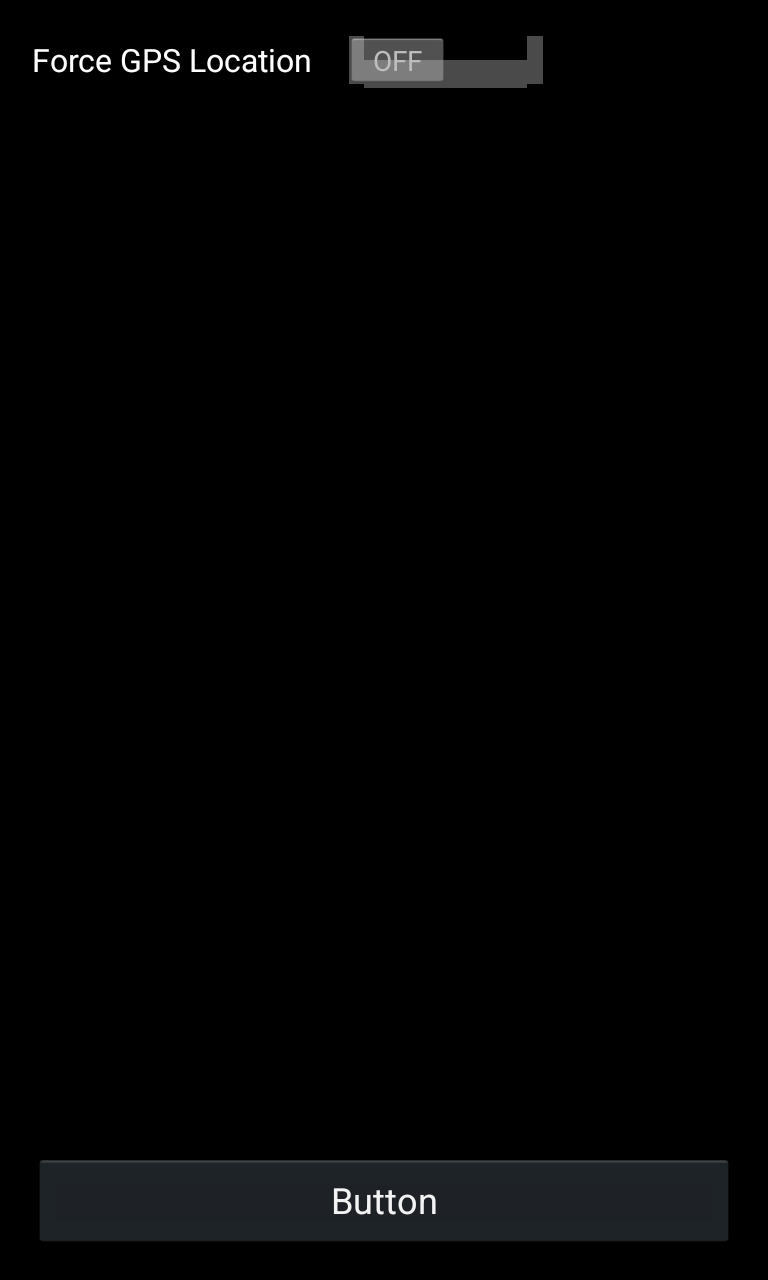
Repository: Jafnee/Android-Walking-Tour
Layout: SRC/Drafts/0.3/fuzzyNinja/PathFinder/res/layout/activity_settings.xml
These files come from the project's save history. The layout is drawn as it stood at one moment and after the next save; the edit follows.
It is drawn on a 768 x 1280 px phone screen (xhdpi) without system bars, with theme android:Theme.Holo; the app's code is not run.

Above is the layout before, as saved 2013-12-13 05:36:11.

After the next save:
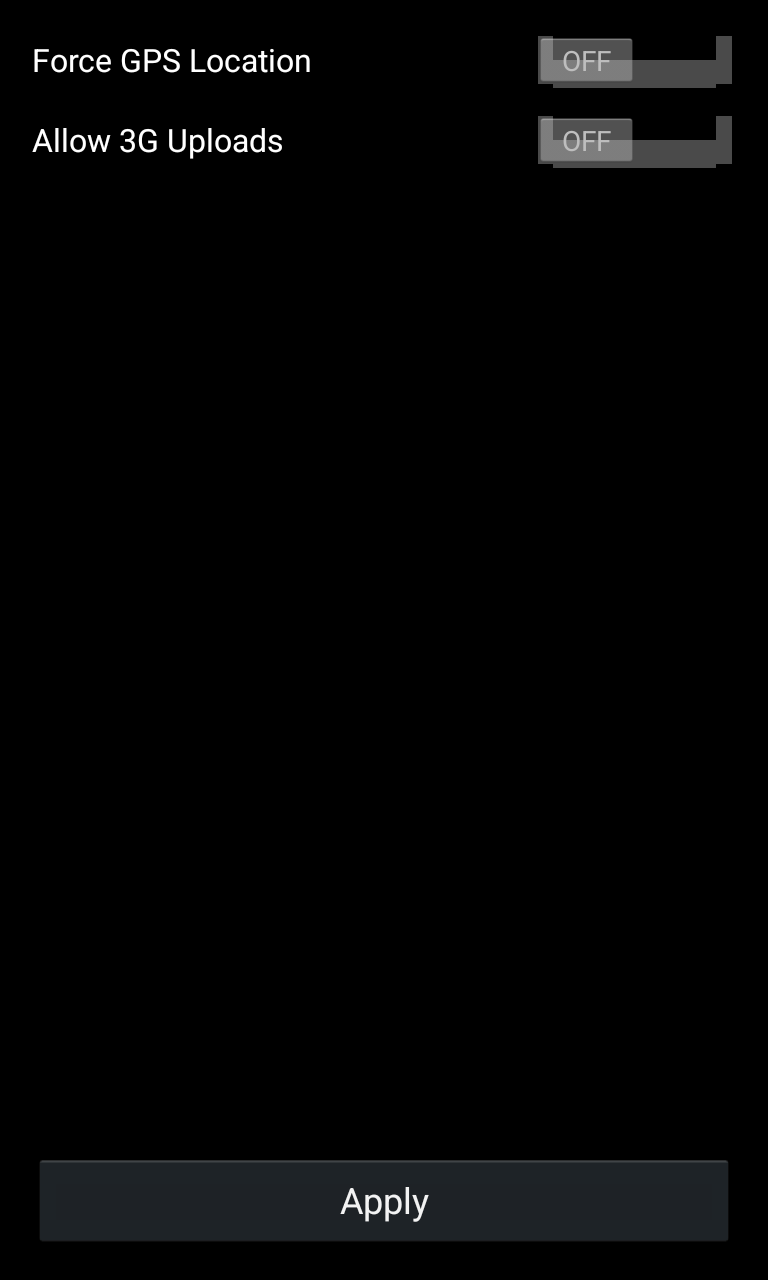
Saved 10 s later.
--- a/SRC/Drafts/0.3/fuzzyNinja/PathFinder/res/layout/activity_settings.xml
+++ b/SRC/Drafts/0.3/fuzzyNinja/PathFinder/res/layout/activity_settings.xml
@@ -8,22 +8,30 @@
     android:paddingTop="@dimen/activity_vertical_margin"
     tools:context=".ActivitySettings" >
 
-
-
     <Button
-        android:id="@+id/button1"
+        android:id="@+id/btnApplySettings"
         android:layout_width="match_parent"
         android:layout_height="wrap_content"
         android:layout_alignParentBottom="true"
         android:layout_alignParentRight="true"
-        android:text="Button" />
+        android:text="Apply" />
 
     <Switch
         android:id="@+id/switchForceGPS"
-        android:layout_width="wrap_content"
+        android:layout_width="match_parent"
         android:layout_height="wrap_content"
         android:layout_alignParentLeft="true"
         android:layout_alignParentTop="true"
+        android:layout_marginBottom="12dp"
         android:text="Force GPS Location" />
 
+    <Switch
+        android:id="@+id/SwitchUploadVia3g"
+        android:layout_width="match_parent"
+        android:layout_height="wrap_content"
+        android:layout_alignLeft="@+id/switchForceGPS"
+        android:layout_below="@+id/switchForceGPS"
+        android:layout_marginBottom="12dp"
+        android:text="Allow 3G Uploads" />
+
 </RelativeLayout>
